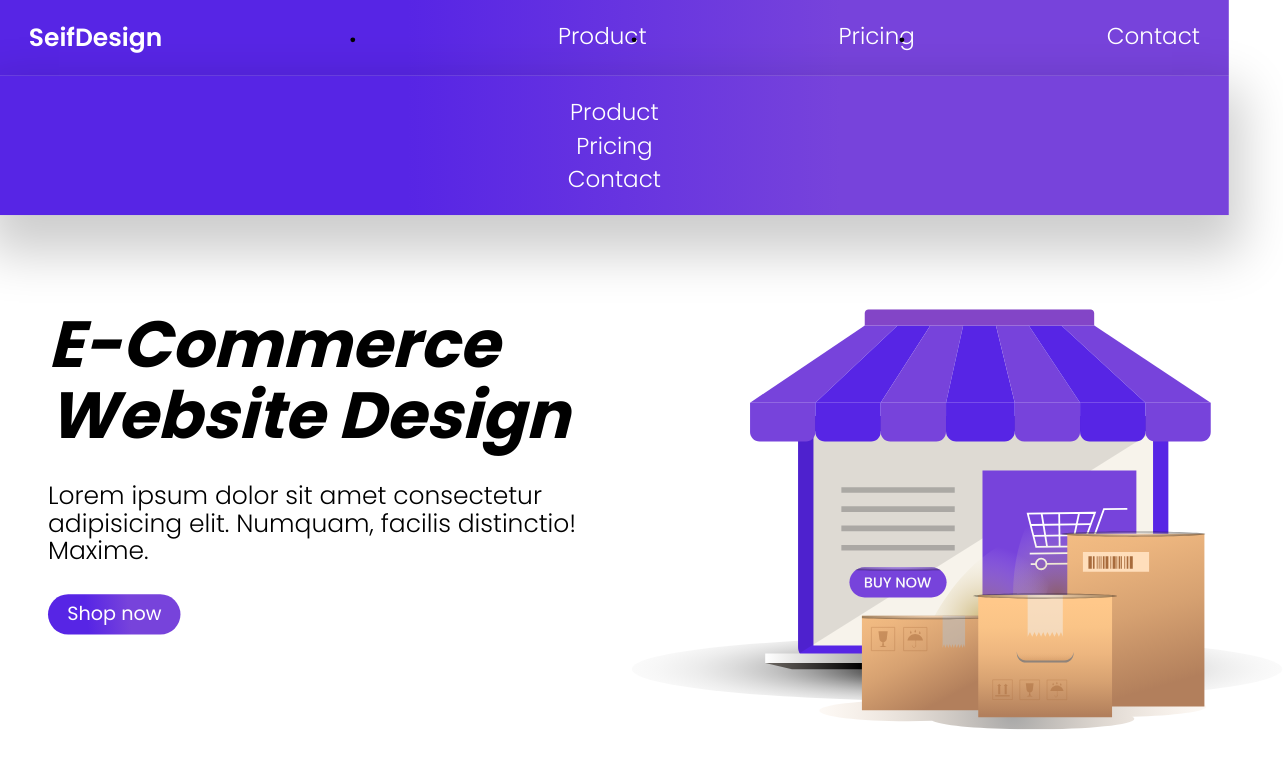
Repository: MehdiKerimov/figma-task-19
Page: pages/homePage/index.html
These files come from the project's save history. The page is drawn as it stood at one moment and after a run of saves; the edit follows.
The browser window is 1280 px wide. The page is 1336 px wide, so the pictures cover 1336 px, including what lies to the right of the window. The pictures show the whole page, at 96% of full size.
The style sheet was rebuilt from its Sass, Less or Tailwind sources for each picture, by a compiler version that may differ from the author's.

Above is the page before, as saved 2024-01-20 15:40:47.

After the next 2 saves:
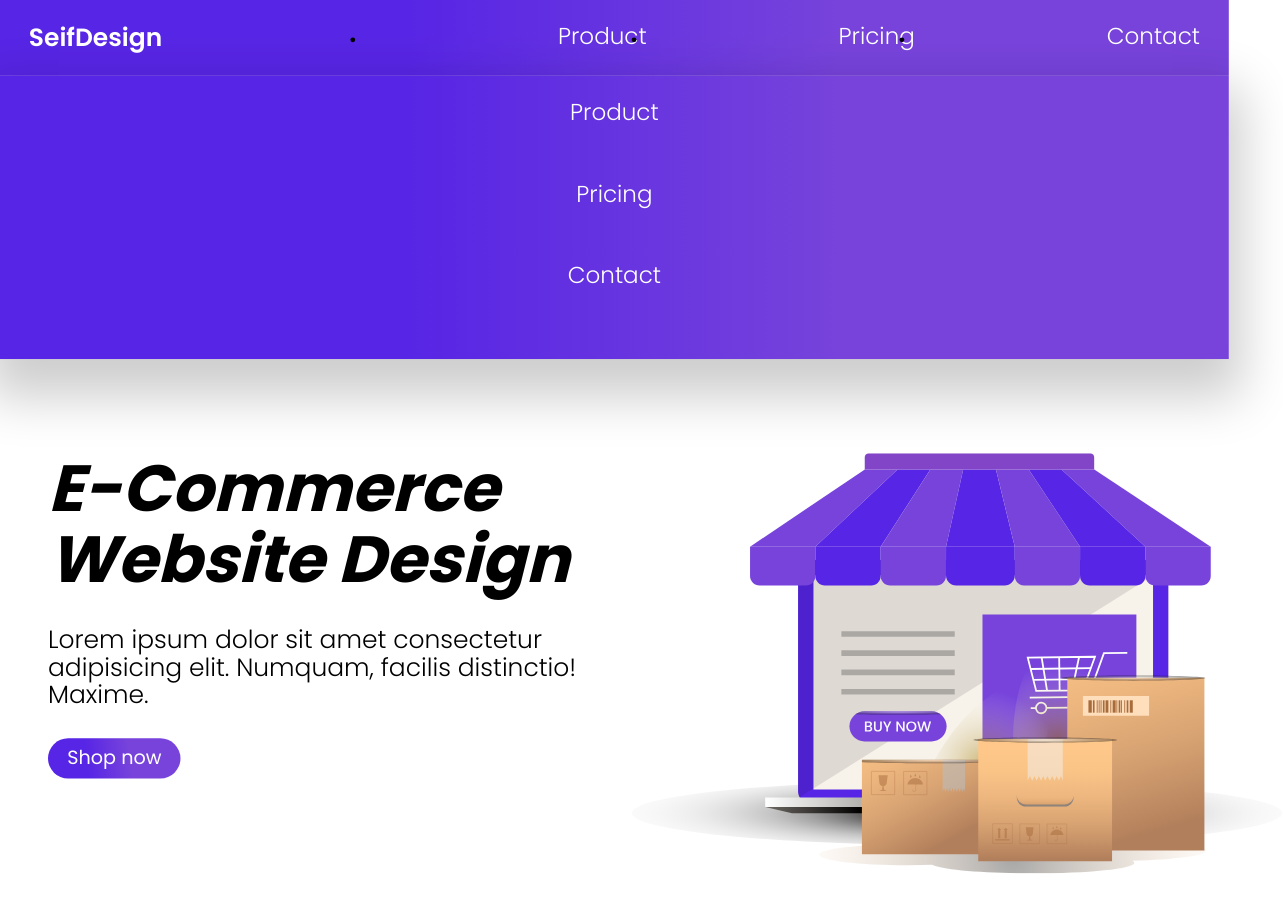
The 2 saves are shown as one change because 1 did not build or start.
The last was saved 23 s later.
--- a/pages/homePage/index.scss
+++ b/pages/homePage/index.scss
@@ -55,6 +55,7 @@ font-size: 24px;
 font-style: normal;
 font-weight: 300;
 line-height: normal;
+margin-bottom: 50px;
 }
   }
   main {
